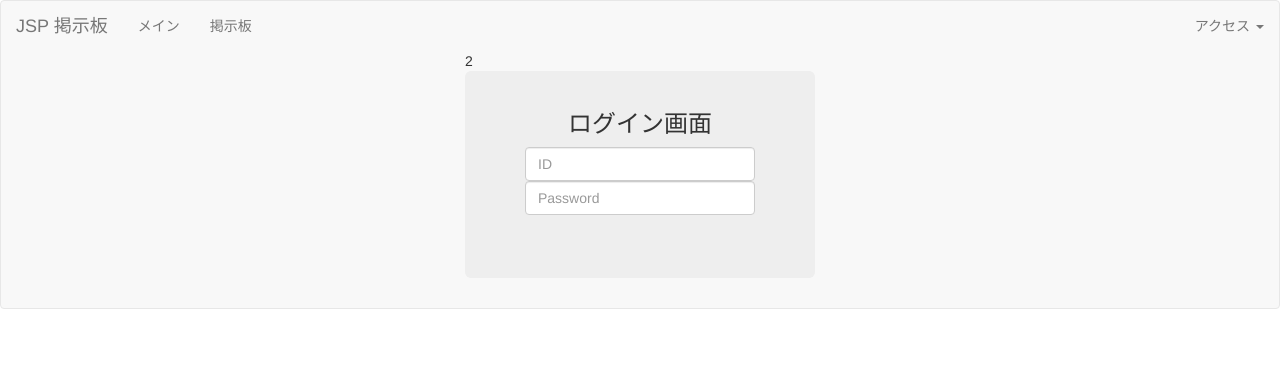
Repository: dengpu/JSP
Page: http://localhost/BBS/login.jsp
An editor plug-in stored every save of this project. The page is shown before and after the next save, followed by the edit.
The browser window is 1280 px wide. The pictures show the whole page.
Some web libraries are served in a nearby version. The page is served by Tomcat 9. Other server files are loaded and not shown.

Above is the page before, as saved 2017-05-15 02:17:56.

### BBS/WebContent/login.jsp
<%@ page language="java" contentType="text/html; charset=UTF-8"
	pageEncoding="UTF-8"%>
<!DOCTYPE html>
<html>
<head>
<meta http-equiv="Content-Type" content="text/html; charset=UTF-8">
<meta name="viewport" content="width=device-width, initial-scale=1">
<link rel="stylesheet" href="css/bootstrap.css">
<title>JSP 掲示板</title>
</head>
<body>
	<nav class="navbar navbar-default">
		<div class="navbar-header">
			<button type=button class="navbar-toggle collapsed"
				data-toggle="collapse" data-target="#bs-example-navbar-collapse-1"
				aria-expanded="false">
				<span class="icon-bar"></span> <span class="icon-bar"></span> <span
					class="icon-bar"></span>

			</button>
			<a class="navbar-brand" href="main.jsp">JSP 掲示板</a>
		</div>
		<div class="collapse navbar-collapse"
			id="bs-example-navbar-collapse-1">
			<ul class="nav navbar-nav ">
				<li><a href="main.jsp">メイン</a></li>
				<li><a href="bbs.jsp">掲示板</a></li>
			</ul>

			<ul class="nav navbar-nav navbar-right">
				<li class="dropdown"><a href="#" class="dropdown-toggle"
					data-toggle="dropdown" role="button" aria-haspopup="true"
					aria-expanded="false">アクセス <span class="caret"></span>

				</a>
					<ul class="dropdown-menu">
						<li><a href="login.jsp">ログイン</a></li>
						<li><a href="login.jsp">会員登録</a></li>

					</ul></li>
			</ul>
		</div>
		<div class="container">
			<div class="col-lg-4"></div>
			<div class="col-lg-4">
			2
			<div class="jumbotron" style="padding-top:20px;">
			<form method="post" action="loginAction.jsp">
			<h3 style="text-align:center">ログイン画面</h3>
			<div class="form-group">
				<input type="text" class="form-control" placeholder="ID" name="userID" maxlength="20">
				<input type="password" class="form-control" placeholder="Password" name="userPassword">

				<intut type="submit" value="ログイン">
			</div>
			</form>

			</div>
			</div>


		</div>


	</nav>

	<script src="https://code.jquery.com/jquery-3.1.1.min.js"></script>
	<script src="js/bootstrap.js"></script>

</body>
</html>

Loaded but not shown: BBS/WebContent/css/bootstrap.css (library); BBS/WebContent/js/bootstrap.js (library)

After the next save:
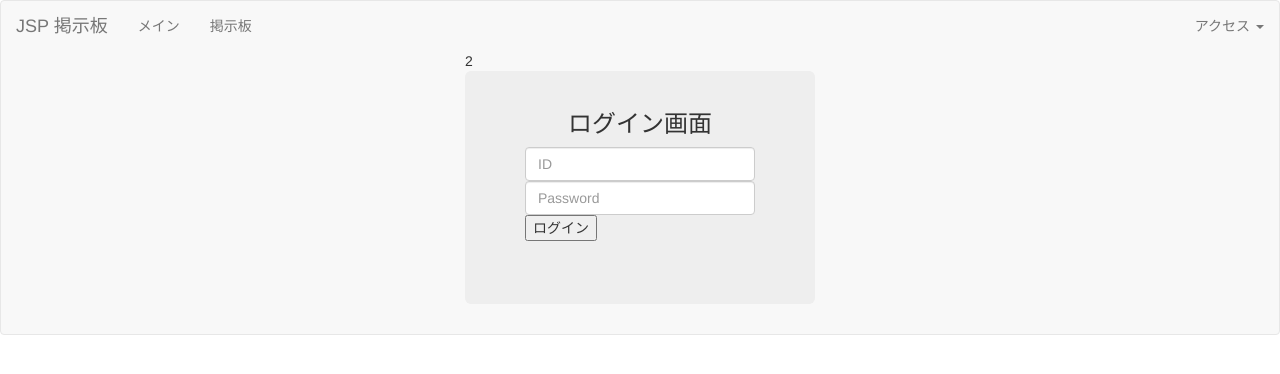
Saved 23 s later.
--- a/BBS/WebContent/login.jsp
+++ b/BBS/WebContent/login.jsp
@@ -51,7 +51,7 @@
 				<input type="text" class="form-control" placeholder="ID" name="userID" maxlength="20">
 				<input type="password" class="form-control" placeholder="Password" name="userPassword">
 
-				<intut type="submit" value="ログイン">
+				<input type="submit" value="ログイン">
 			</div>
 			</form>
 
